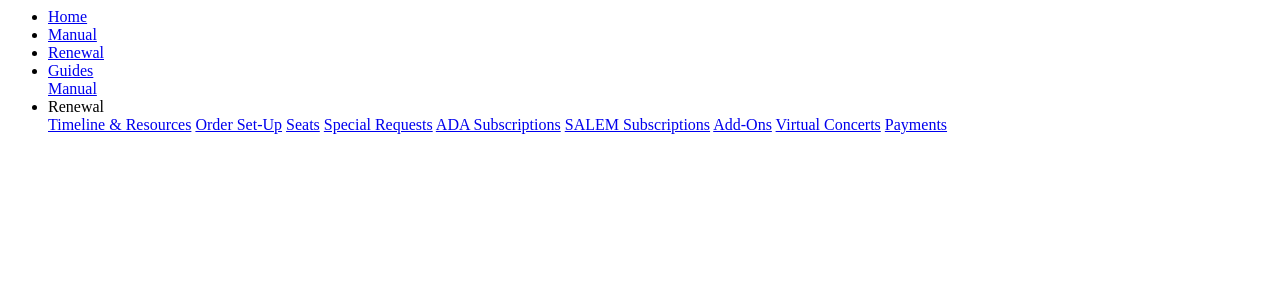
Repository: muesinga/ticketoffice-dot-info
Page: components/nav.html
These files come from the project's save history. The page is drawn as it stood at one moment and after a run of saves; the edit follows.
The browser window is 1280 px wide. The pictures show the whole page.

Above is the page before, as saved 2022-06-10 11:42:24.

### components/nav.html
<nav>
    <ul id="navlink-container">
        <li><a class="navlink" href="../index.html">Home</a></li>
        <li><a class="navlink" href="../guides/manual.html">Manual</a></li>
        <li><a class="navlink" href="../guides/renewal.html">Renewal</a></li>
        <li class="dropdown">
        <a href="javascript:void(0)" class="dropbtn">Guides</a>
        <div class="dropdown-content">
            <a href="../guides/manual.html">Manual</a>
            <li class="dr"
            <a href="../guides/renewal.html" class="dropbtn">Renewal</a>
                <div class="dropdown-content">
                    <a href="#timeline" class="w3-bar-item w3-button">Timeline & Resources</a>
                    <a href="#set-up" class="w3-bar-item w3-button">Order Set-Up</a>
                    <a href="#seats" class="w3-bar-item w3-button">Seats</a>
                    <a href="#requests" class="w3-bar-item w3-button">Special Requests</a>
                    <a href="#ada-subs" class="w3-bar-item w3-button">ADA Subscriptions</a>
                    <a href="#salem-subs" class="w3-bar-item w3-button">SALEM Subscriptions</a>
                    <a href="#add-ons" class="w3-bar-item w3-button">Add-Ons</a>
                    <a href="#virtual-concerts" class="w3-bar-item w3-button">Virtual Concerts</a>
                    <a href="#payments" class="w3-bar-item w3-button">Payments</a>
                </div>
        </div>
        </li>
    </ul>
</nav>

After the next 3 saves:
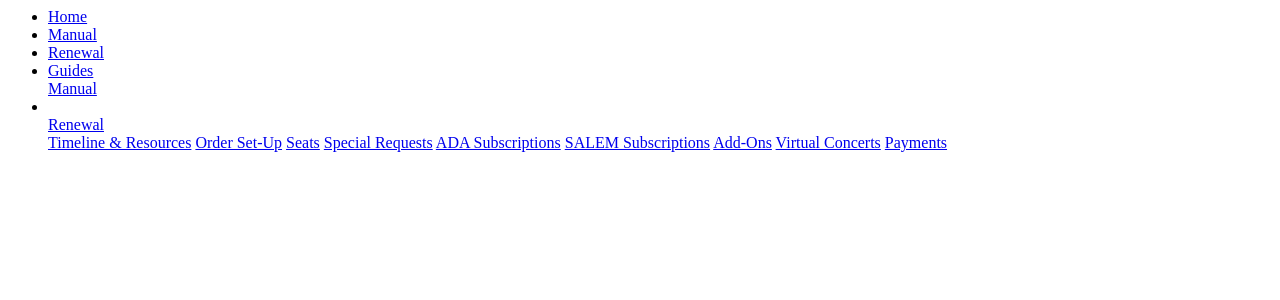
The 3 saves are shown as one change because they came seconds apart.
The last was saved 12 s later.
--- a/components/nav.html
+++ b/components/nav.html
@@ -7,7 +7,7 @@
         <a href="javascript:void(0)" class="dropbtn">Guides</a>
         <div class="dropdown-content">
             <a href="../guides/manual.html">Manual</a>
-            <li class="dr"
+            <li class="dropdown"></li>
             <a href="../guides/renewal.html" class="dropbtn">Renewal</a>
                 <div class="dropdown-content">
                     <a href="#timeline" class="w3-bar-item w3-button">Timeline & Resources</a>

After the save that followed:
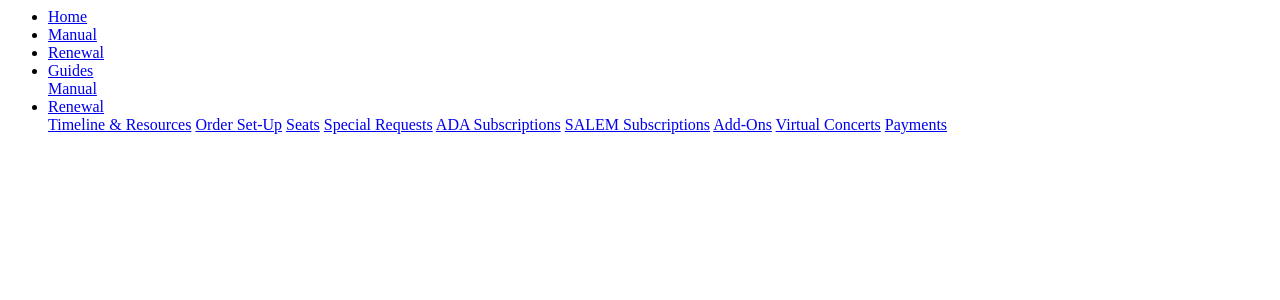
Saved 5 s later.
--- a/components/nav.html
+++ b/components/nav.html
@@ -7,7 +7,7 @@
         <a href="javascript:void(0)" class="dropbtn">Guides</a>
         <div class="dropdown-content">
             <a href="../guides/manual.html">Manual</a>
-            <li class="dropdown"></li>
+            <li class="dropdown">
             <a href="../guides/renewal.html" class="dropbtn">Renewal</a>
                 <div class="dropdown-content">
                     <a href="#timeline" class="w3-bar-item w3-button">Timeline & Resources</a>
